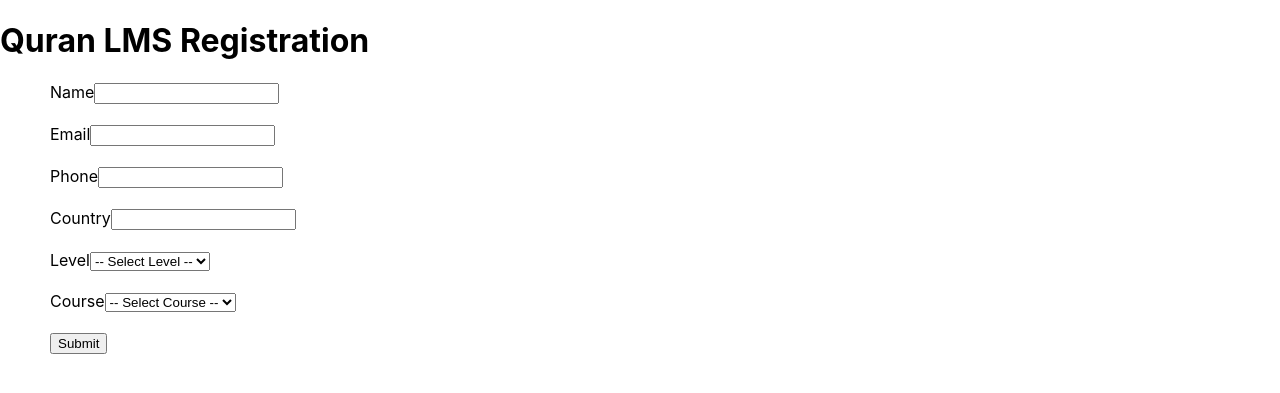
Repository: talha-mahmood/form_react
Page: /
These files come from the project's save history. The page is drawn as it stood at one moment and after a run of saves; the edit follows.
The browser window is 1280 px wide. The pictures show the whole page.
The project was rebuilt for these pictures with package versions that can differ from the ones it lists, and the page was loaded fresh each time.

Above is the page before, as saved 2023-03-13 16:14:08.

After the next 3 saves:
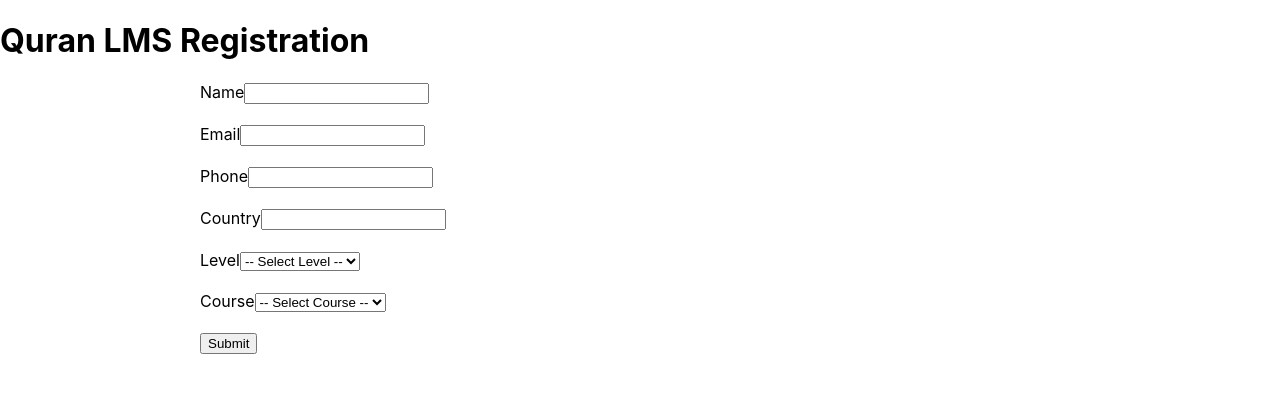
The 3 saves are shown as one change because they came seconds apart.
The last was saved 23 s later.
--- a/src/App.css
+++ b/src/App.css
@@ -40,6 +40,6 @@
 form{
 
  float: left;
- margin-left: 50px;
- margin-right: 50px;
+ margin-left: 200px;
+ margin-right: 200px;
 }
